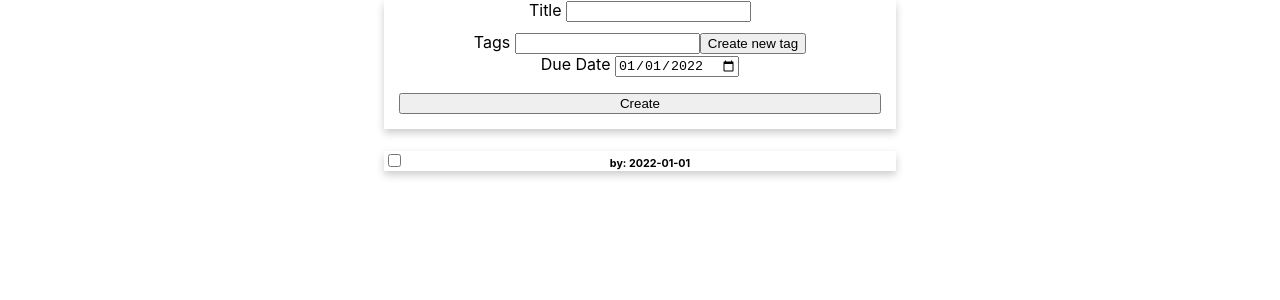
Repository: sanjayMamidipaka/reactappbits
Page: /, after clicking the first element matching `div.submitButton > button`
The author's editor kept a copy of each file at every save. The page is drawn from the files as they stood at one save, then again after the next save.
The browser window is 1280 px wide. The pictures show the whole page.
The project was rebuilt for these pictures with package versions that can differ from the ones it lists, and the page was loaded fresh each time. Also part of the build but not shown: src/components/Tag.css, src/components/Tag.tsx.

Above is the page before, as saved 2022-01-18 18:16:54.

After the next save:
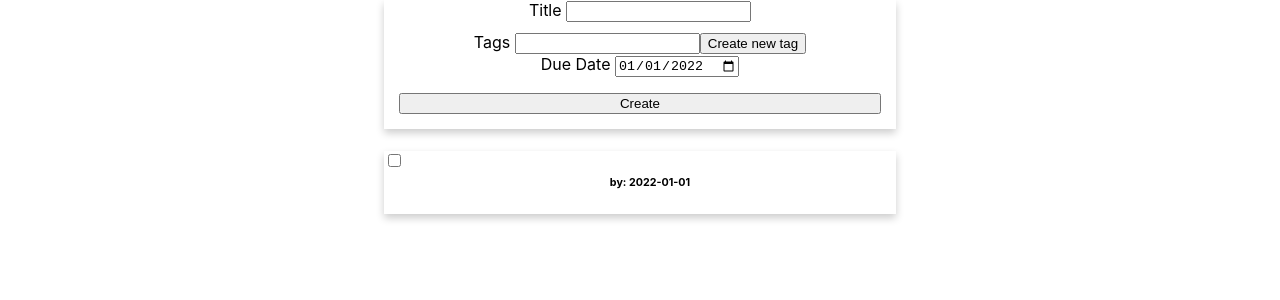
Saved 4 s later.
--- a/src/components/TodoItem.css
+++ b/src/components/TodoItem.css
@@ -22,5 +22,5 @@
 
 .date {
     text-align: right;
-    display: inline;
+    display: inline-block;
 }
